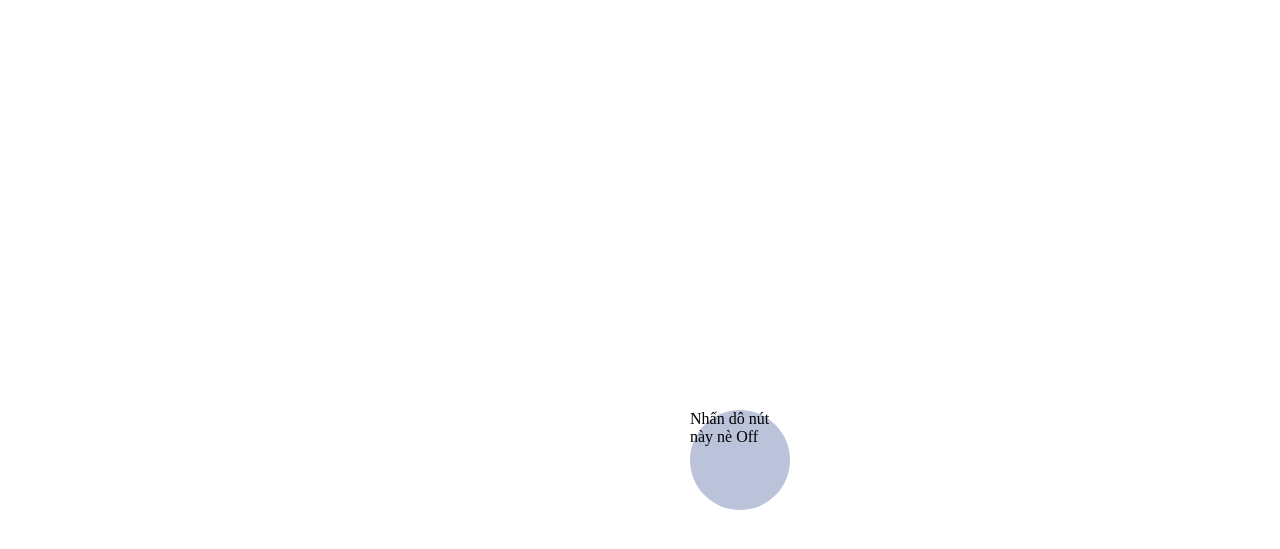
Repository: haokiet2501/troll-my-react
Page: /
These files come from the project's save history. The page is drawn as it stood at one moment and after the next save; the edit follows.
The browser window is 1280 px wide. The pictures show the whole page.
The project was rebuilt for these pictures with package versions that can differ from the ones it lists, and the page was loaded fresh each time.

Above is the page before, as saved 2022-07-30 22:12:02.

After the next save:
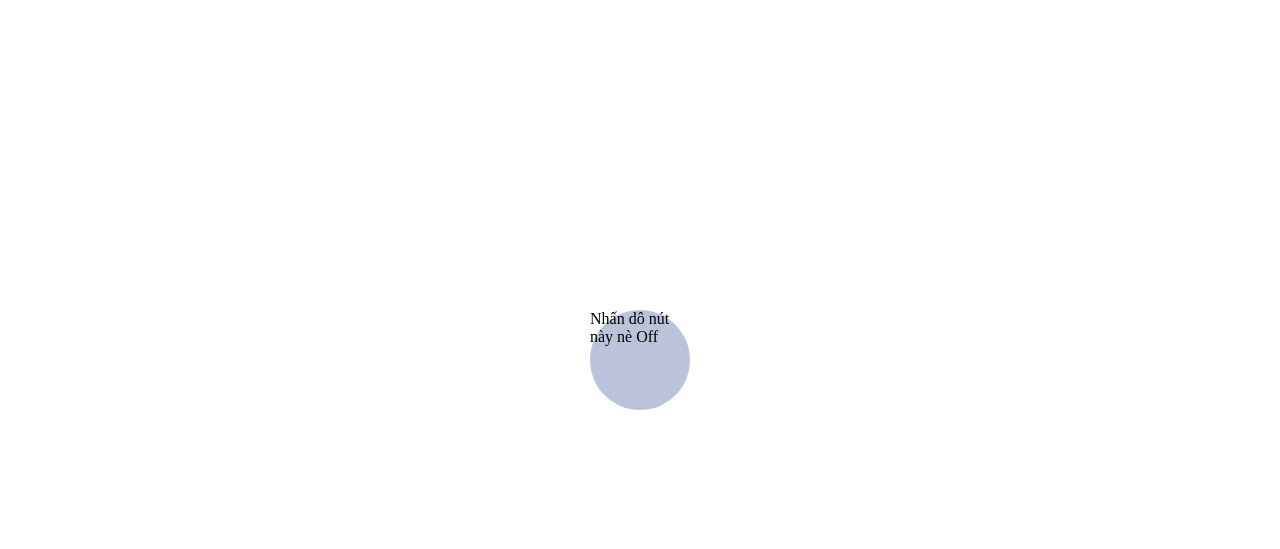
Saved 4 s later.
--- a/src/index.css
+++ b/src/index.css
@@ -2,7 +2,7 @@
   position: absolute;
   top: 50%;
   left: 50%;
-  transform: translate(50%, 50%);
+  transform: translate(-50%, -50%);
   width: 100px;
   height: 100px;
   border-radius: 50%;
